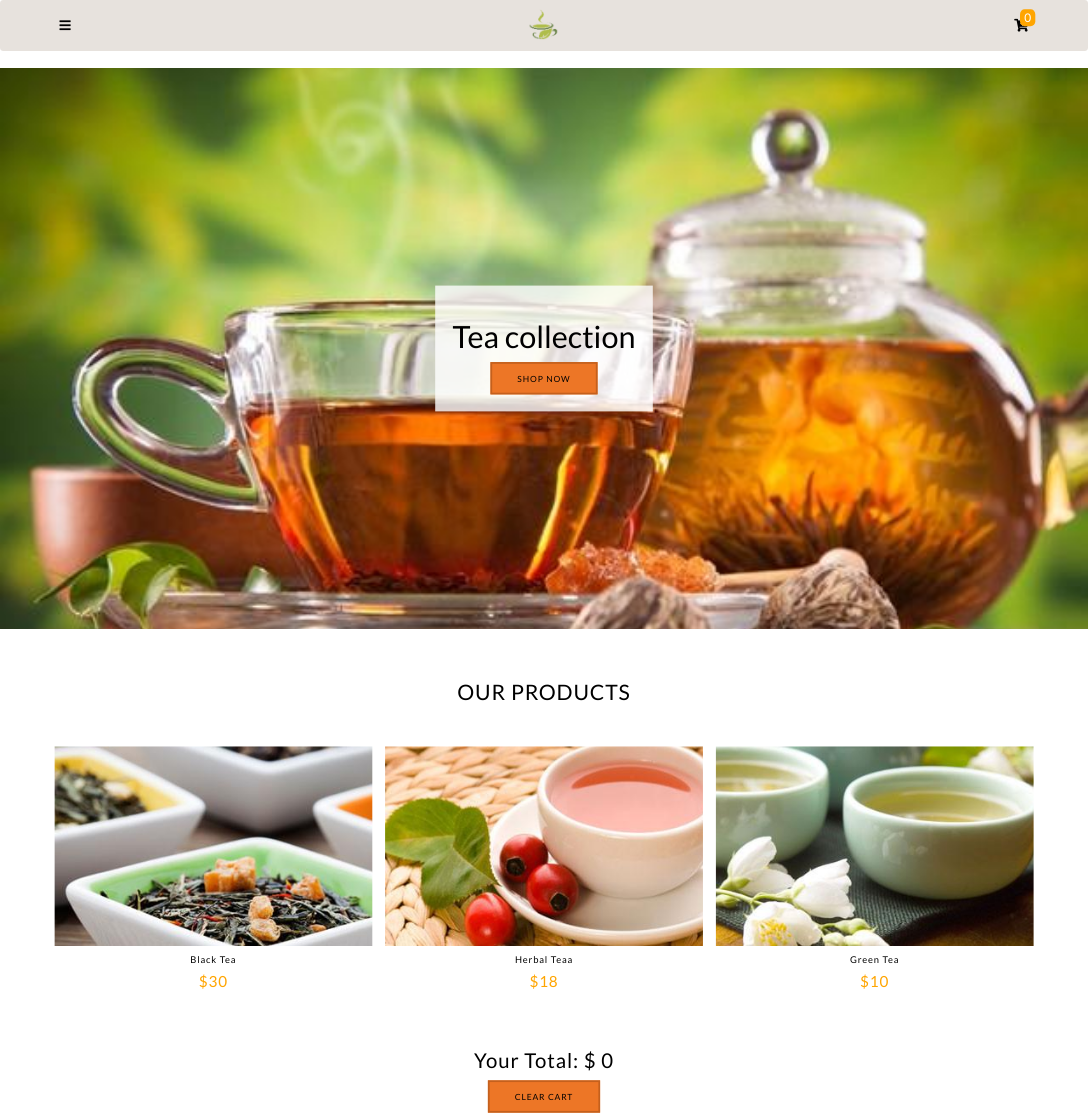
Repository: amorawskanew/Project-2
Page: index.html
The author's editor kept a record of every edit. The page is drawn from the files as they stood at one moment, then again after the next edit.
The browser window is 1280 px wide. The pictures show the whole page, at 85% of full size.
Some web libraries are served in a nearby version.

Above is the page before.

### index.html
<!DOCTYPE html>
<html lang="en">

<head>
    <meta charset="UTF-8">
    <meta name="viewport" content="width=device-width, initial-scale=1.0">
    <meta http-equiv="X-UA-Compatible" content="ie=edge">
    <title>Document</title>

    <link rel="stylesheet" href="https://maxcdn.bootstrapcdn.com/bootstrap/3.4.0/css/bootstrap.min.css">
    <script src="https://ajax.googleapis.com/ajax/libs/jquery/3.4.1/jquery.min.js"></script>
    <script src="https://maxcdn.bootstrapcdn.com/bootstrap/3.4.0/js/bootstrap.min.js"></script>

    <!--fontawsome-->
    <link href="https://use.fontawesome.com/releases/v5.0.7/css/all.css" rel="stylesheet">
    <!--custom css-->
    <link rel="stylesheet" href="styles.css">
</head>

<body>
    <!--navbar-->
    <nav class="navbar navbar-expand-lg navbar-dark  fixed-top">
        <div class="navbar-center">
            <span class="nav-icon">
              <i class="fas fa-bars"></i>
          </span>
            <img src="./images/logo9.png"></img>
            <div class="cart-btn">
                <span class="nav-icon">
                  <i class="fas fa-cart-plus"></i>
              </span>
                <div class="cart-items">0

                </div>
            </div>
        </div>

    </nav>
    <!--end of navbar-->


    <!--hero-->
    <header class="hero">
        <div class="banner">
            <h1 class="banner-tittle">Tea collection</h1>
            <button class="banner-btn">shop now</button>
        </div>
    </header>
    <!--end of hero-->
    <!--products-->

    <section class="products">
        <div class="section-title">
            <h2>OUR PRODUCTS</h2>
        </div>
        <div class="products-center">
            <!--single product-->
            <article class="product">
                <div class="img-container">
                    <img src="./images/black tea1.jpg" alt="product" classs="product-img">
                    <button class="bag-btn" data-id="1">
                <i class="fas fa-shopping-cart"></i>
                Add to bag
                </button>
                </div>
                <h3>Black tea</h3>
                <h4>$30</h4>
            </article>

            <!--single product-->
            <article class="product">
                <div class="img-container">
                    <img src="./images/herbal-tea1.jpg" alt="product" classs="product-img">
                    <button class="bag-btn" data-id="2">
                <i class="fas fa-shopping-cart"></i>
                Add to bag
                </button>
                </div>
                <h3>Herbal teaa</h3>
                <h4>$18</h4>
            </article>
            <!--single product-->
            <article class="product">
                <div class="img-container">
                    <img src="./images/green-tea1.jpg" alt="product" classs="product-img">
                    <button class="bag-btn" data-id="3">
                <i class="fas fa-shopping-cart"></i>
                Add to bag
                </button>
                </div>
                <h3>Green tea</h3>
                <h4>$10</h4>
            </article>
            <!--end of single product-->
        </div>
    </section>
    <!--end of single products-->
    <!--cart-->
    <div class="cart-overlay">
        <div class="cart">
            <span class="close-cart">
                        <i class="fas fa-window-close"></i>
                    </span>
            <h2>Your cart</h2>
            <div class="cart-content">
                <!--cart item-->
                <div clss="cart-item">
                    <img src="./thumbnail.images/black tea11.jpg" alt="product">
                </div>
                <h4> black tea></h4>
                <h5> $17></h5>
                <span class="remove-item">remove</span>
            </div>

  <div>
        <i class="fas fa-chevron-up"></i>
        <p class="item-amount">1</p>
        <i class="fas fa-chevron-down"></i>
    </div>
    </div>

    <!--end of cart-item-->
    </div>
    <div class="cart-footer">
        <h3> your total: $ <span class="cart-total">0</span></h3>
        <button class="clear-cart banner-btn">clear cart</button>
    </div>
    </div>
    </div>
    <!--end of cart-->

### styles.css



@import url("https://fonts.googleapis.com/css?family=Lato:400,700");

:root {

  --primaryColor: #f09d51
  --mainWhite: #fff
  --mainBlack: #222
  --mainGrey: #ececec
  --mainSpacing: 0.1rem
  --mainTransition: all 0.3s linear
}
* {
  margin: 0;
  padding: 0;
  box-sizing: border-box;
}
body {
  color: black;
  background: white;
  font-family: "Lato", sans-serif;

}
/* --------------- Navbar ---------------- */
.navbar {
  position: sticky;
  top: 0;
  height: 60px;
  width: 100%;
  display: flex;
  align-items: center;
  background: rgb(231, 226, 221);
  z-index: 1;
}
.navbar-center {
  width: 100%;
  max-width: 1170px;
  margin: 0 auto;
  display: flex;
  align-items: center;
  justify-content: space-between;
  padding: 0 1.5rem;
}
.nav-icon {
  font-size: 1.5rem;
}
.cart-btn {
  position: relative;
  cursor: pointer;
}
.cart-items {
  position: absolute;
  top: -8px;
  right: -8px;
  background: orange;
  padding: 0 5px;
  border-radius: 30%;
  color: white;
}
/* --------------- End of Navbar ---------------- */



/* --------------- Hero ---------------- */
.hero {
  min-height: calc(100vh - 60px);
  background: url("./images/hero-teq 12.jpg") center/cover no-repeat;
  display: flex;
  align-items: center;
  justify-content: center;

}
.banner {
  text-align: center;
  background: rgba(255, 255, 255, 0.8);
  display: inline-block;
  padding: 2rem;
}
.banner-title {
  font-size: 3.4rem;
  text-transform: uppercase;
  letter-spacing: 1rem;
  margin-bottom: 3rem;
}
.banner-btn {
  padding: 1rem 3rem;
  text-transform: uppercase;
  letter-spacing: 0.1rem ;
  font-size: 1rem;
  background: #ED7626;
  color:black;
  border: 2px solid #C4601D;
  transition: 0.3 linear;
  cursor: pointer;
}
.banner-btn:hover {
  background: #F5B562;
  color: black;
}
/* --------------- End of Hero ---------------- */
/* --------------- Products ---------------- */



.products {
  padding: 4rem 0;
}
.section-title h2 {
  text-align: center;
  font-size: 2.5rem;
  margin-bottom: 5rem;
  text-transform: capitalize;
  letter-spacing: 0.1rem;
}
.products-center {
  width: 90vw;
  margin: 0 auto;
  max-width: 1170px;
  display: grid;
  grid-template-columns: repeat(auto-fit, minmax(260px, 1fr));
  grid-column-gap: 1.5rem;
  grid-row-gap: 2rem;
}
.img-container {
  position: relative;
  overflow: hidden ;
}
.bag-btn {
  position: absolute;
  top: 70%;
  right: 0;
  background: orange;
  border: none;
  text-transform: uppercase;
  padding: 0.5rem 0.75rem;
  letter-spacing: 0.1rem;
  font-weight: bold;
  transition:all 0.3s linear;;
  transform: translateX(101%);
  cursor: pointer;
}
.bag-btn:hover {
  color: white;
}
.fa-shopping-cart {
  margin-right: 0.5rem;
}
.img-container:hover .bag-btn {
  transform: translateX(0);
}
.product-img {
  display: block;
  width: 100%;
  min-height: 12rem;
  transition: all 0.3s linear;
}
.img-container:hover .product-img {
  opacity: 0.5;
}

.product h3 {
  text-transform: capitalize;
  font-size: 1.1rem;
  margin-top: 1rem;
  letter-spacing: 0.1rem;
  text-align: center;
}

.product h4 {
  margin-top: 0.7rem;
  letter-spacing: 0.1rem;
  color: orange;
  text-align: center;
}

/* ---------------End of Products ---------------- */
/* --------------- Cart ---------------- */
.cart-overlay {
  position: fixed;
  top: 0;
  right: 0;
  width: 100%;
  height: 100%;
  transition: all 0.3s linear;
  background: rgb(240, 157, 81, 0.5);
  z-index: 2;
  visibility: hidden;
}
.cart {
  position: fixed;
  top: 0;
  right: 0;
  width: 100%;
  height: 100%;
  overflow: scroll;
  z-index: 3;
  background: rgb(231, 226, 221);
  padding: 1.5rem;
  transition: all 0.3s linear;
  transform: translateX(100%);
}
.showCart {
  transform: translateX(0);
}
.transparentBcg {
  visibility: visible;
}
@media screen and (min-width: 768px) {
  .cart {
    width: 30vw;
    min-width: 450px;
  }
}

.close-cart {
  font-size: 1.7rem;
  cursor: pointer;
}
.cart h2 {
  text-transform: capitalize;
  text-align: center;
  letter-spacing: 0.1rem;
  margin-bottom: 2rem;
}
/*---------- Cart Item -------------------- */
.cart-item {
  display: grid;
  align-items: center;
  grid-template-columns: auto 1fr auto;
  grid-column-gap: 1.5rem;
  margin: 1.5rem 0;
}
.cart-item img {
  width: 75px;
  height: 75px;
}
.cart-item h4 {
  font-size: 0.85rem;
  text-transform: capitalize;
  letter-spacing: 0.1rem;
}
.cart-item h5 {
  margin: 0.5rem 0;
  letter-spacing: 0.1rem;
}
.item-amount {
  text-align: center;
}
.remove-item {
  color: grey;
  cursor: pointer;
}
.fa-chevron-up,
.fa-chevron-down {
  color: orange;
  cursor: pointer;
}
/*---------- End of Cart Item -------------------- */

.cart-footer {
  margin-top: 2rem;
  letter-spacing: 0.1rem;
  text-align: center;
}
.cart-footer h3 {
  text-transform: capitalize;
  margin-bottom: 1rem;
}

/* --------------- End of Cart ---------------- */

After the next edit:
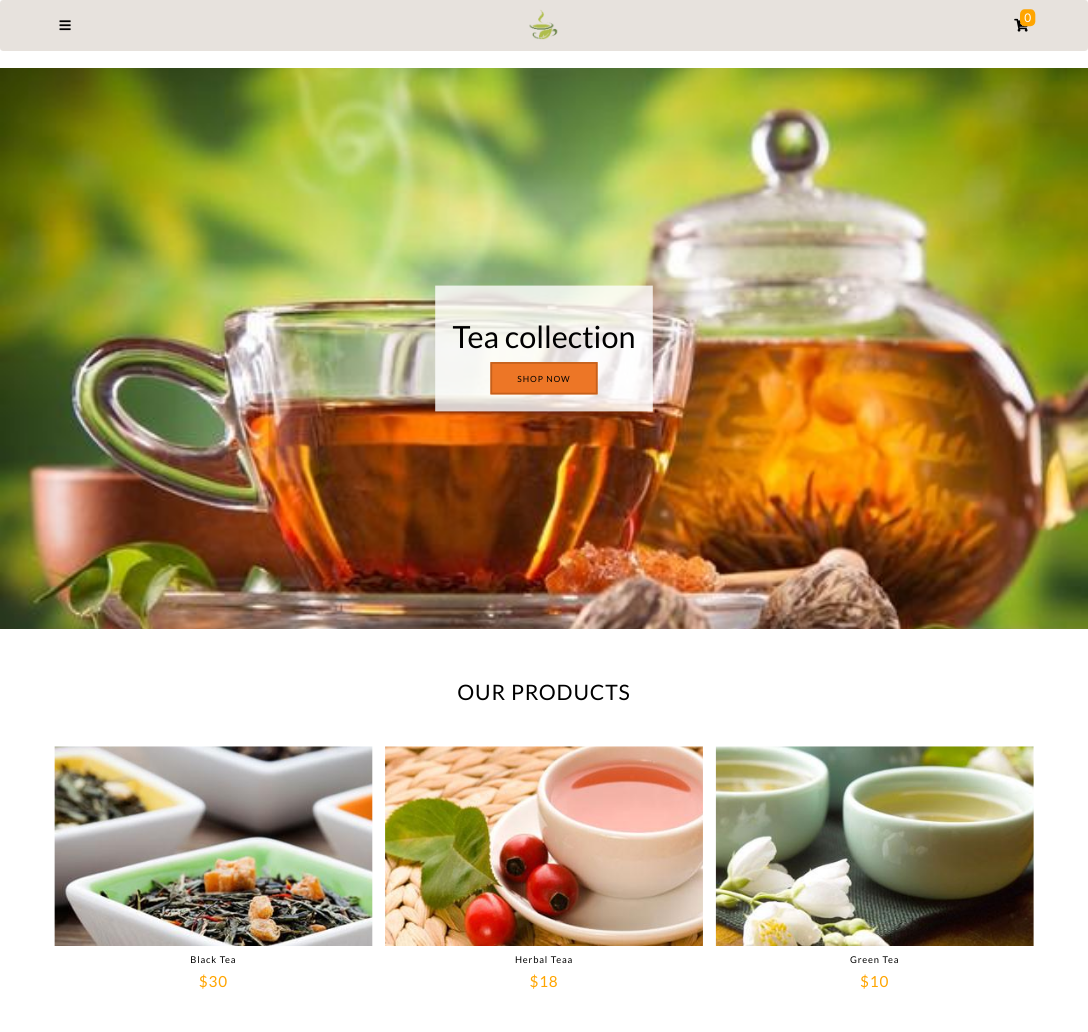
The edit:
--- a/index.html
+++ b/index.html
@@ -106,7 +106,7 @@
                 <!--cart item-->
                 <div clss="cart-item">
                     <img src="./thumbnail.images/black tea11.jpg" alt="product">
-                </div>
+                <div>
                 <h4> black tea></h4>
                 <h5> $17></h5>
                 <span class="remove-item">remove</span>
